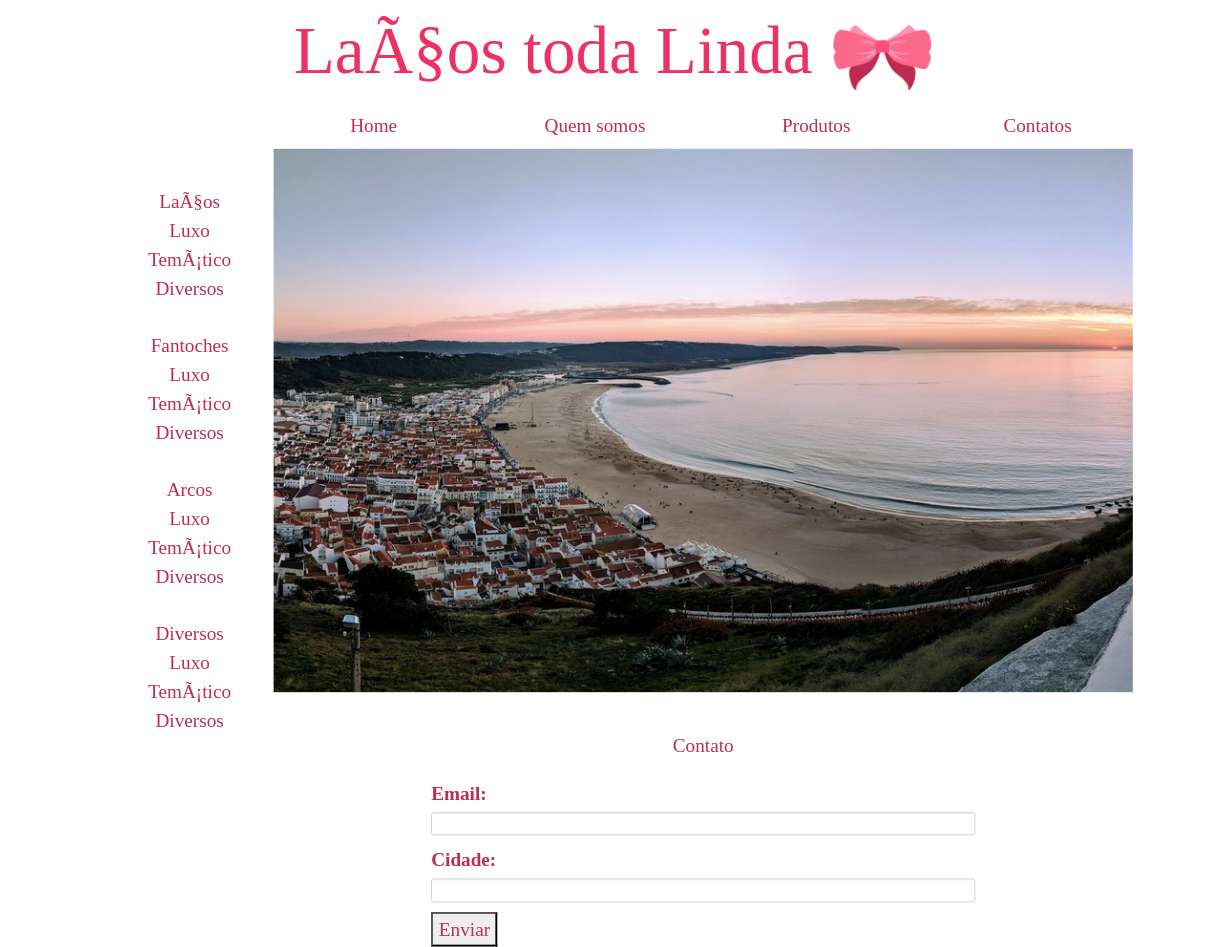
Repository: felipe-camilo/projin2
Page: http://localhost/projetointegrador/contato.jsp
An editor plug-in stored every save of this project. The page is shown before and after a run of saves, followed by the edit.
The browser window is 1280 px wide. The pictures show the whole page, at 96% of full size.
Some web fonts or font styles are not loaded; a fallback is used. The page is served by Tomcat 9. Other server files are loaded and not shown.

Above is the page before, as saved 2022-03-30 03:00:32.
Console error: TypeError: e.indexOf is not a function

### projetointegrador/src/main/webapp/contato.jsp
<%@ page language="java" contentType="text/html; charset=ISO-8859-1" pageEncoding="ISO-8859-1"%>
<!DOCTYPE html>
<html lang="pt-br">

<head>
    <style>
        @import url('https://fonts.googleapis.com/css2?family=Sacramento&display=swap');
        @import url('https://fonts.googleapis.com/css2?family=Lobster&family=Sacramento&display=swap');
        @import url('https://fonts.googleapis.com/css2?family=Indie+Flower&display=swap');
    </style>
    <meta charset="UTF-8">
    <meta http-equiv="X-UA-Compatible" content="IE=edge">
    <meta name="viewport" content="width=device-width, initial-scale=1.0">
    <title>Laçoss toda Linda</title>

    <link rel="stylesheet" href="css/style.css">
    <link rel="stylesheet" href="https://maxcdn.bootstrapcdn.com/bootstrap/3.4.1/css/bootstrap.min.css">
    <link rel="stylesheet" href="https://stackpath.bootstrapcdn.com/bootstrap/4.3.1/css/bootstrap.min.css">
    <link rel="stylesheet" type="text/css" href="css/flexslider.css">
    <script type="text/javascript" src="http://code.jquery.com/jquery.min.js"></script>
    <script type="text/javascript" src="js/jquery.flexslider.js"></script>


</head>

<body>
    <div class="container">
        <header class="topo">
            <div class="row justify-content-md-center text-center">
                <div class="col-md-12">
                    <div class="texto-logo">
                        LaÃ§os toda Linda
                        <img class="logo" src="img/laco.png">
                    </div>
                </div>
            </div>
        </header>
        <!-- menu superior -->

        <section class="menu-superior">
            <div class="row justify-content-md-center text-center">
                <div class="col-md-2"></div>
                <div class="col-md-10">
                    <ul class="nav nav-pills nav-justified nav-menu-superior">
                        <li class="nav-item">
                            <a class="nav-link texto-categoria" href="index.jsp">Home</a>
                        </li>
                        <li class="nav-item">
                            <a class="nav-link texto-categoria" href="quem_somos.jsp">Quem somos</a>
                        </li>
                        <li class="nav-item">
                            <a class="nav-link texto-categoria" href="produtos.jsp">Produtos</a>
                        </li>
                        <li class="nav-item">
                            <a class="nav-link texto-categoria" href="contato.jsp">Contatos</a>
                        </li>
                    </ul>
                </div>

            </div>
        </section>

        <section>
            <div class="row">
                <div class="col-md-12 text-align-center">
                    <div class="col-md-2 menu-lateral">
                        <ul class="menu-lateral-lista">
                            <li class="menu-lateral-categoria">LaÃ§os</li>
                            <li class="">Luxo</li>
                            <li class="">TemÃ¡tico</li>
                            <li class="">Diversos</li>
                            <li class="menu-lateral-categoria">Fantoches</li>
                            <li class="">Luxo</li>
                            <li class="">TemÃ¡tico</li>
                            <li class="">Diversos</li>
                            <li class="menu-lateral-categoria">Arcos</li>
                            <li class="">Luxo</li>
                            <li class="">TemÃ¡tico</li>
                            <li class="">Diversos</li>
                            <li class="menu-lateral-categoria">Diversos</li>
                            <li class="">Luxo</li>
                            <li class="">TemÃ¡tico</li>
                            <li class="">Diversos</li>
                        </ul>
                    </div>
                    <div class="col-md-10 conteudo">
                        <figure>
                            <img class="img-fluid mx-auto" src="img/imagem_grande.jpg" />
                        </figure>
                    </div>

                    <div class="row">
                        <div class="col-md-12">
                            <article class="texto-categoria-divisao">
                                <br>Contato
                            </article>

                            <form action="/action_page.php">
                                <div class="col-md-2"></div>
                                <div class="col-md-8">
                                <div class="form-group">
                                    <label for="email" class="texto-categoria">Email:</label>
                                    <input type="email" class="form-control" id="email">
                                  </div>
                                  <div class="form-group">
                                    <label for="cidade" class="texto-categoria">Cidade:</label>
                                    <input type="text" class="form-control" id="cidade">
                                  </div>
                                  <button type="submit" class="texto-categoria">Enviar</button>
                                </form>
                            </div>
                                <div class="col-md-2"></div>
                        </div>
                    </div>

                </div>
            </div>
            <div>

        </section>
    </div>

    <script type="text/javascript">
        //Flexlider

        $(window).load(function () {
            $('.flexslider').flexslider({ // A classe .flexslider Ã© a classe que aparece no html
                animation: "slide", // Forma de animaÃ§Ã£o
                easing: "swing",
                animationLoop: true, // Loop infinito do slide, se nÃ£o quiser seta como false
                itemWidth: 900, // Largura da imagem, caso queira o slide full, remova essa linha
                itemMargin: 32, // Margem da imagem, caso nÃ£o queira espaÃ§amento das colunas remova essa linha
                slideshowSpeed: 5000, // Velocidade da transiÃ§Ã£o em milÃ©simo de segundos
                touch: true, // Ativa a funÃ§Ã£o de touch em dispositivos mÃ³veis
                keyboard: true // NavegaÃ§Ã£o pelo teclado
            });
        });

    </script>

</body>

</html>

### projetointegrador/src/main/webapp/css/style.css
@media screen and (min-width: 601px) {
    .texto-logo {
      font-size: 80px;
    }

  }

@media screen and (max-width: 600px) {
    .texto-logo {
        font-size: 50px;
    }
}

@media screen and (min-width: 601px) {
    .texto-logo {
    font-size: 70px;
    }
}

.texto-logo {
    font-family: 'Sacramento', cursive;
    font-size: 20;
    color:#EE3163;
}

.texto-categoria {
    font-family: 'Lobster', cursive;
    color:#BF2C53;
    font-size: 20px;
    text-align: center;
    align-items: center;
}

.texto-categoria a.hover{
    color: green;
}


.texto-categoria-divisao {
    font-family: 'Lobster', cursive;
    color:#BF2C53;
    font-size: 20px;
    text-align: center;
    align-items: center;
    margin-bottom: 20px;
}

 .menu-lateral {
    text-align: center;
    font-family: 'Indie Flower', cursive;
    color:#BF2C53;
    font-size: 20px;
    text-decoration: none;
    margin-top: 10px;
 }


 .menu-lateral-categoria {
    text-align: center;
    font-family: 'Lobster', cursive;
    color:#BF2C53;
    font-size: 20px;
    text-decoration: none;
    margin-top: 30px;
 }

p {
    text-align: justify;
    font-family: 'Indie Flower', cursive;
    color:#BF2C53;
    font-size: 20px;
    margin-top: 50px;
 }

 .menu-lateral-lista {
    list-style-type: none;

 }

### projetointegrador/src/main/webapp/css/flexslider.css
/*
 * jQuery FlexSlider v2.7.2
 * https://www.woocommerce.com/flexslider/
 *
 * Copyright 2012 WooThemes
 * Free to use under the GPLv2 and later license.
 * http://www.gnu.org/licenses/gpl-2.0.html
 *
 * Contributing author: Tyler Smith (@mbmufffin)
 *
 */
/* ====================================================================================================================
 * FONT-FACE
 * ====================================================================================================================*/
@font-face {
  font-family: 'flexslider-icon';
  src: url('fonts/flexslider-icon.eot');
  src: url('fonts/flexslider-icon.eot?#iefix') format('embedded-opentype'), url('fonts/flexslider-icon.woff') format('woff'), url('fonts/flexslider-icon.ttf') format('truetype'), url('fonts/flexslider-icon.svg#flexslider-icon') format('svg');
  font-weight: normal;
  font-style: normal;
}
/* ====================================================================================================================
 * RESETS
 * ====================================================================================================================*/
.flex-container a:hover,
.flex-slider a:hover {
  outline: none;
}
.slides,
.slides > li,
.flex-control-nav,
.flex-direction-nav {
  margin: 0;
  padding: 0;
  list-style: none;
}
.flex-pauseplay span {
  text-transform: capitalize;
}
/* ====================================================================================================================
 * BASE STYLES
 * ====================================================================================================================*/
.flexslider {
  margin: 0;
  padding: 0;
}
.flexslider .slides > li {
  display: none;
  -webkit-backface-visibility: hidden;
}
.flexslider .slides img {
  width: 100%;
  display: block;
}
.flexslider .slides:after {
  content: "\0020";
  display: block;
  clear: both;
  visibility: hidden;
  line-height: 0;
  height: 0;
}
html[xmlns] .flexslider .slides {
  display: block;
}
* html .flexslider .slides {
  height: 1%;
}
.no-js .flexslider .slides > li:first-child {
  display: block;
}
/* ====================================================================================================================
 * DEFAULT THEME
 * ====================================================================================================================*/
.flexslider {
  margin: 0 0 60px;
  background: #fff;
  border: 4px solid #fff;
  position: relative;
  zoom: 1;
  -webkit-border-radius: 4px;
  -moz-border-radius: 4px;
  border-radius: 4px;
  -webkit-box-shadow: '' 0 1px 4px rgba(0, 0, 0, 0.2);
  -moz-box-shadow: '' 0 1px 4px rgba(0, 0, 0, 0.2);
  -o-box-shadow: '' 0 1px 4px rgba(0, 0, 0, 0.2);
  box-shadow: '' 0 1px 4px rgba(0, 0, 0, 0.2);
}
.flexslider .slides {
  zoom: 1;
}
.flexslider .slides img {
  height: auto;
  -moz-user-select: none;
}
.flex-viewport {
  max-height: 2000px;
  -webkit-transition: all 1s ease;
  -moz-transition: all 1s ease;
  -ms-transition: all 1s ease;
  -o-transition: all 1s ease;
  transition: all 1s ease;
}
.loading .flex-viewport {
  max-height: 300px;
}
@-moz-document url-prefix() {
  .loading .flex-viewport {
    max-height: none;
  }
}
.carousel li {
  margin-right: 5px;
}
.flex-direction-nav {
  *height: 0;
}
.flex-direction-nav a {
  text-decoration: none;
  display: block;
  width: 40px;
  height: 40px;
  margin: -20px 0 0;
  position: absolute;
  top: 50%;
  z-index: 10;
  overflow: hidden;
  opacity: 0;
  cursor: pointer;
  color: rgba(0, 0, 0, 0.8);
  text-shadow: 1px 1px 0 rgba(255, 255, 255, 0.3);
  -webkit-transition: all 0.3s ease-in-out;
  -moz-transition: all 0.3s ease-in-out;
  -ms-transition: all 0.3s ease-in-out;
  -o-transition: all 0.3s ease-in-out;
  transition: all 0.3s ease-in-out;
}
.flex-direction-nav a:before {
  font-family: "flexslider-icon";
  font-size: 40px;
  display: inline-block;
  content: '\f001';
  color: rgba(0, 0, 0, 0.8);
  text-shadow: 1px 1px 0 rgba(255, 255, 255, 0.3);
}
.flex-direction-nav a.flex-next:before {
  content: '\f002';
}
.flex-direction-nav .flex-prev {
  left: -50px;
}
.flex-direction-nav .flex-next {
  right: -50px;
  text-align: right;
}
.flexslider:hover .flex-direction-nav .flex-prev {
  opacity: 0.7;
  left: 10px;
}
.flexslider:hover .flex-direction-nav .flex-prev:hover {
  opacity: 1;
}
.flexslider:hover .flex-direction-nav .flex-next {
  opacity: 0.7;
  right: 10px;
}
.flexslider:hover .flex-direction-nav .flex-next:hover {
  opacity: 1;
}
.flex-direction-nav .flex-disabled {
  opacity: 0!important;
  filter: alpha(opacity=0);
  cursor: default;
  z-index: -1;
}
.flex-pauseplay a {
  display: block;
  width: 20px;
  height: 20px;
  position: absolute;
  bottom: 5px;
  left: 10px;
  opacity: 0.8;
  z-index: 10;
  overflow: hidden;
  cursor: pointer;
  color: #000;
}
.flex-pauseplay a:before {
  font-family: "flexslider-icon";
  font-size: 20px;
  display: inline-block;
  content: '\f004';
}
.flex-pauseplay a:hover {
  opacity: 1;
}
.flex-pauseplay a.flex-play:before {
  content: '\f003';
}
.flex-control-nav {
  width: 100%;
  position: absolute;
  bottom: -40px;
  text-align: center;
}
.flex-control-nav li {
  margin: 0 6px;
  display: inline-block;
  zoom: 1;
  *display: inline;
}
.flex-control-paging li a {
  width: 11px;
  height: 11px;
  display: block;
  background: #666;
  background: rgba(0, 0, 0, 0.5);
  cursor: pointer;
  text-indent: -9999px;
  -webkit-box-shadow: inset 0 0 3px rgba(0, 0, 0, 0.3);
  -moz-box-shadow: inset 0 0 3px rgba(0, 0, 0, 0.3);
  -o-box-shadow: inset 0 0 3px rgba(0, 0, 0, 0.3);
  box-shadow: inset 0 0 3px rgba(0, 0, 0, 0.3);
  -webkit-border-radius: 20px;
  -moz-border-radius: 20px;
  border-radius: 20px;
}
.flex-control-paging li a:hover {
  background: #333;
  background: rgba(0, 0, 0, 0.7);
}
.flex-control-paging li a.flex-active {
  background: #000;
  background: rgba(0, 0, 0, 0.9);
  cursor: default;
}
.flex-control-thumbs {
  margin: 5px 0 0;
  position: static;
  overflow: hidden;
}
.flex-control-thumbs li {
  width: 25%;
  float: left;
  margin: 0;
}
.flex-control-thumbs img {
  width: 100%;
  height: auto;
  display: block;
  opacity: .7;
  cursor: pointer;
  -moz-user-select: none;
  -webkit-transition: all 1s ease;
  -moz-transition: all 1s ease;
  -ms-transition: all 1s ease;
  -o-transition: all 1s ease;
  transition: all 1s ease;
}
.flex-control-thumbs img:hover {
  opacity: 1;
}
.flex-control-thumbs .flex-active {
  opacity: 1;
  cursor: default;
}
/* ====================================================================================================================
 * RESPONSIVE
 * ====================================================================================================================*/
@media screen and (max-width: 860px) {
  .flex-direction-nav .flex-prev {
    opacity: 1;
    left: 10px;
  }
  .flex-direction-nav .flex-next {
    opacity: 1;
    right: 10px;
  }
}

Loaded but not shown: projetointegrador/src/main/webapp/js/jquery.flexslider.js (library)

After the next 3 saves:
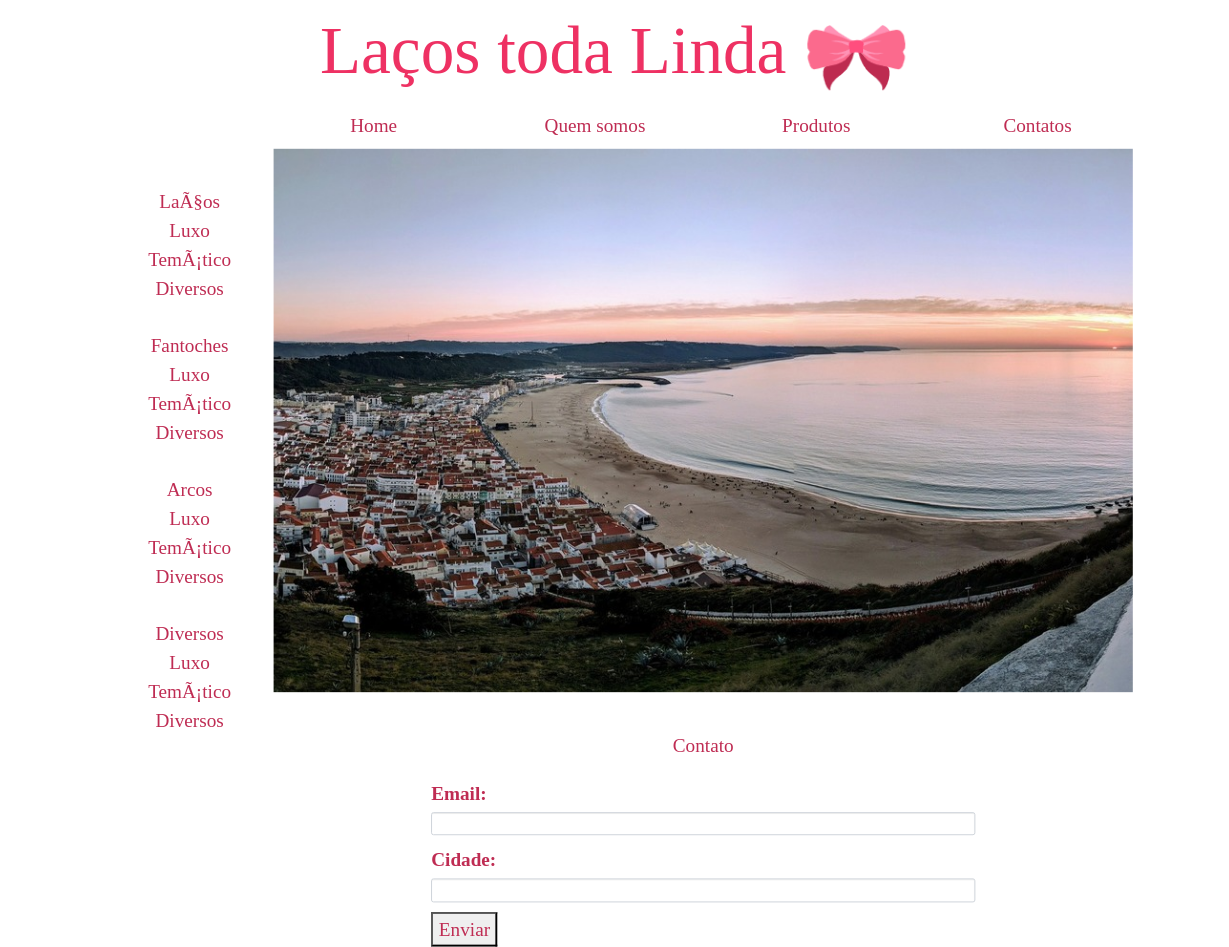
The 3 saves are shown as one change because they came seconds apart.
The last was saved 9 s later.
--- a/projetointegrador/src/main/webapp/contato.jsp
+++ b/projetointegrador/src/main/webapp/contato.jsp
@@ -29,7 +29,7 @@
             <div class="row justify-content-md-center text-center">
                 <div class="col-md-12">
                     <div class="texto-logo">
-                        LaÃ§os toda Linda
+                        Laços toda Linda
                         <img class="logo" src="img/laco.png">
                     </div>
                 </div>
